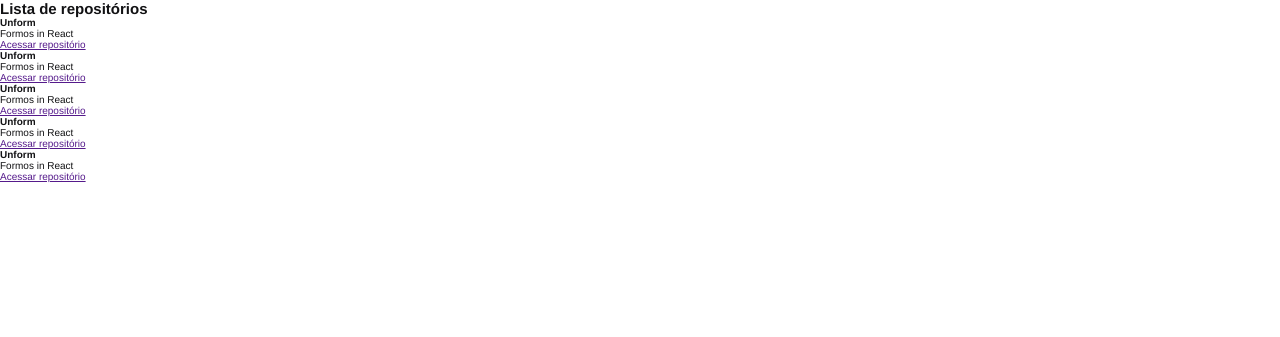
Repository: soualexandre/github-explore
Page: /
An editor plug-in stored every save of this project. The page is shown before and after the next save, followed by the edit.
The browser window is 1280 px wide. The pictures show the whole page.
The project was rebuilt for these pictures with package versions that can differ from the ones it lists, and the page was loaded fresh each time. Also part of the build but not shown: webpack.config.js.

Above is the page before, as saved 2021-07-09 14:50:44.

### public/index.html
<!DOCTYPE html>
<html lang="en">
<head>
    <meta charset="UTF-8">
    <meta http-equiv="X-UA-Compatible" content="IE=edge">
    <meta name="viewport" content="width=device-width, initial-scale=1.0">
    <title>Github Explore</title>
</head>
<body>
    <div id="root"></div>
    <script src="../dist/bundle.js"></script>
</body>
</html>

### src/index.jsx
import {render} from 'react-dom'
import {App} from './App'
render(
    <App/>,
     document.getElementById("root"))

### src/App.jsx
import React from 'react'
import './atyles/global.scss'
import { RepositoryList } from './components/RepositoryList'

export function App(){
    return <RepositoryList/>
}

### src/atyles/global.scss
*{
    margin: 0;
    padding: 0;
    box-sizing: border-box;
}
body{
    font: 10px "Helvetica Neue", Arial, sans-serif;
    color: #121214;

}

### src/components/RepositoryList.jsx
import { RepositoryItem } from "./RepositoryItem";


export function RepositoryList() {
    return (
        <section>
            <h1>Lista de repositórios</h1>
            <ul>
                <RepositoryItem/>
                <RepositoryItem/>
                <RepositoryItem/>
                <RepositoryItem/>
                <RepositoryItem/>
            </ul>
        </section>
    );
}

### src/components/RepositoryItem.jsx
export function RepositoryItem() {
    return (
        <li >
            <strong>Unform</strong>
            <p>Formos in React</p>
            <a href="">
                Acessar repositório
            </a>
        </li>
    );
}

After the next save:
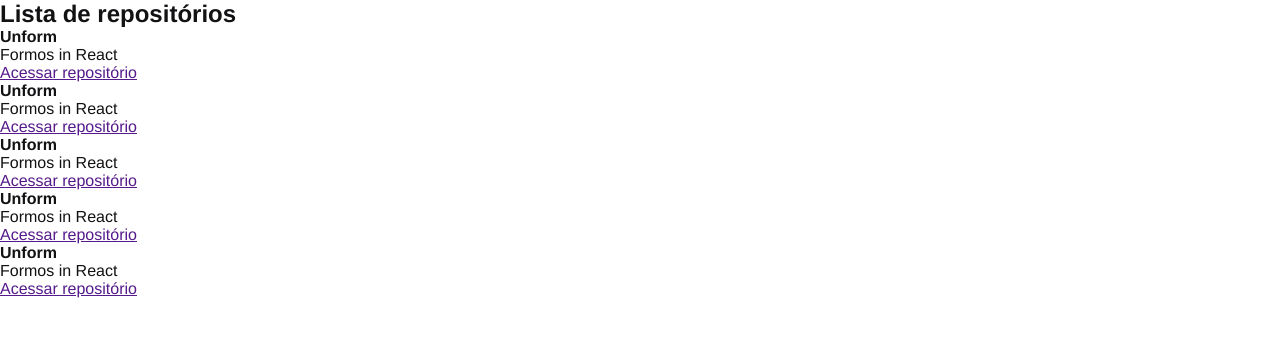
Saved 44 s later.
--- a/src/atyles/global.scss
+++ b/src/atyles/global.scss
@@ -4,7 +4,7 @@
     box-sizing: border-box;
 }
 body{
-    font: 10px "Helvetica Neue", Arial, sans-serif;
+    font: 16px "Helvetica Neue", Arial, sans-serif;
     color: #121214;
 
 }
